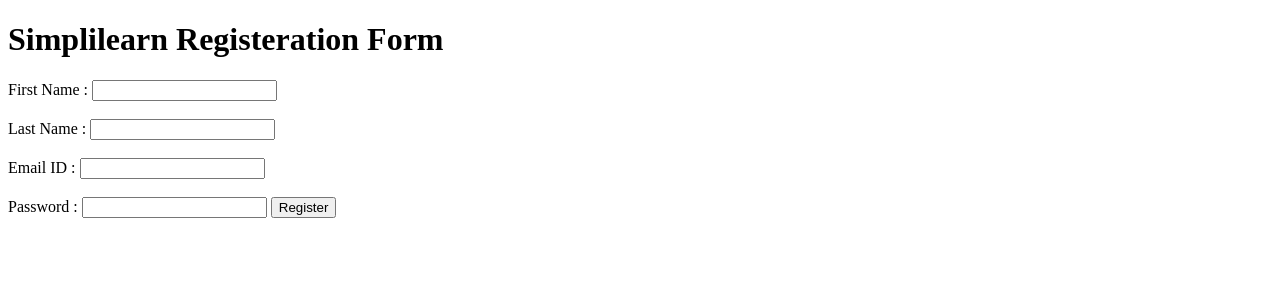
Repository: RamJangid/AdvanceJavaDone
Page: http://localhost/FlyAway/Welcome.jsp
The author's editor kept a copy of each file at every save. The page is drawn from the files as they stood at one save, then again after the next save.
The browser window is 1280 px wide. The pictures show the whole page.
The page is served by Tomcat 9. Other server files are loaded and not shown.

Above is the page before, as saved 2022-09-19 07:13:29.

### FlyAway/src/main/webapp/Welcome.jsp
<%@ page language="java" contentType="text/html; charset=UTF-8"
    pageEncoding="UTF-8"%>
<!DOCTYPE html>
<html>
<head>
<meta charset="UTF-8">
<title>Simplilearn Registeration</title>
</head>
<body>

	<h1>Simplilearn Registeration Form</h1>

	<form action="<%= request.getContextPath()%>/StudentServlet" method="post">

	First Name : <input type ="text" name = "firstName">
	<br><br>
	Last Name : <input type ="text" name = "lastName">
	<br><br>
	Email ID : <input type ="email" name ="emailId">
	<br><br>
	Password : <input type ="password" name ="password">

	<tr>

			<td colspan = 2 align = "center">
				<input type = "submit" value = "Register">
			</td>

	</tr>

	</form>

</body>
</html>

After the next save:
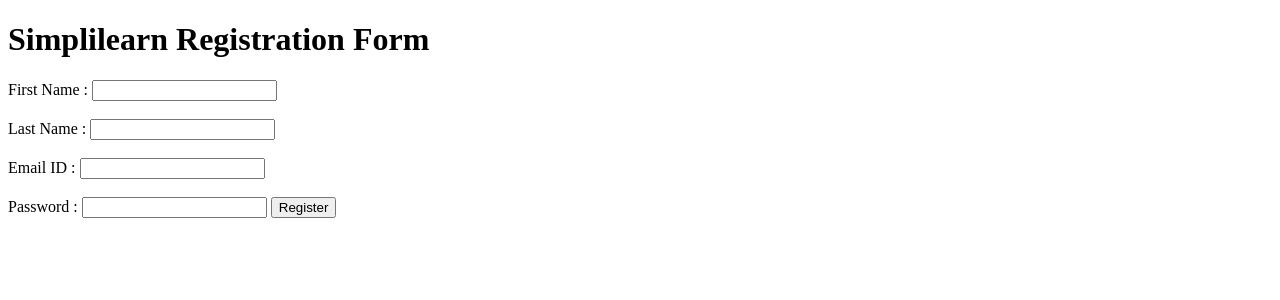
Saved 12 s later.
--- a/FlyAway/src/main/webapp/Welcome.jsp
+++ b/FlyAway/src/main/webapp/Welcome.jsp
@@ -8,7 +8,7 @@
 </head>
 <body>
 
-	<h1>Simplilearn Registeration Form</h1>
+	<h1>Simplilearn Registration Form</h1>
 
 	<form action="<%= request.getContextPath()%>/StudentServlet" method="post">
 
